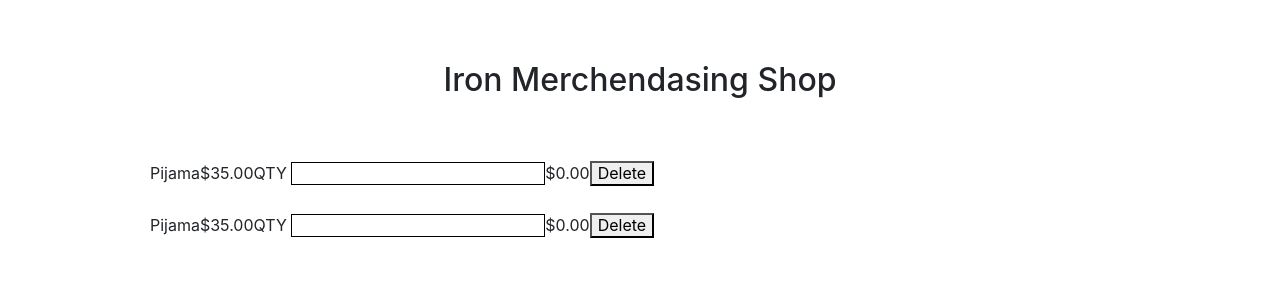
Repository: konstantin0s/lab-cart-DOM
Page: index.html
An editor plug-in stored every save of this project. The page is shown before and after the next save, followed by the edit.
The browser window is 1280 px wide. The pictures show the whole page.
Some web libraries are served in a nearby version.

Above is the page before, as saved 2019-02-03 09:12:47.
Console error: TypeError: Cannot read properties of null (reading 'addEventListener')

After the next save:
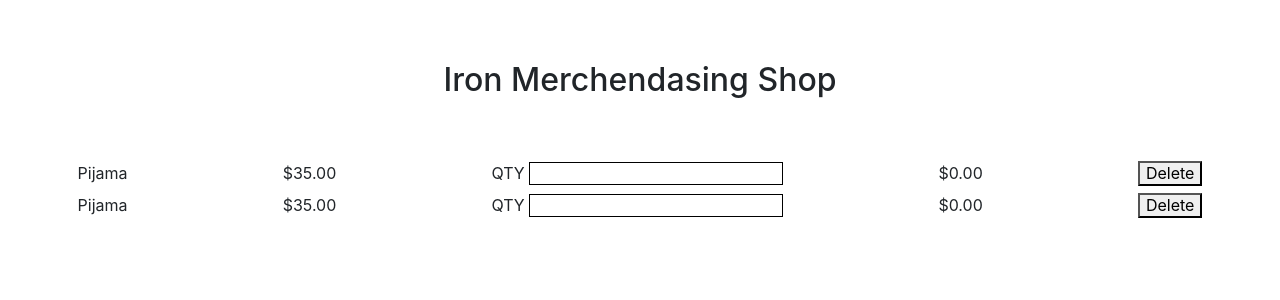
Saved 22 s later.
--- a/css/style.css
+++ b/css/style.css
@@ -53,8 +53,8 @@ input {
 .product {
   display: flex;
   flex-direction: row;
-  /* justify-content: space-between; */
-  margin: 20px 140px 20px 150px;
+  justify-content: space-around;
+
 }
 
 .cost-1 {
